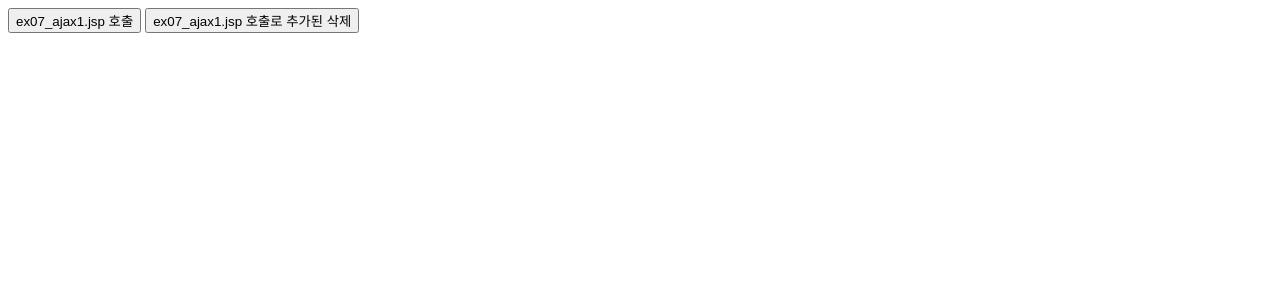
Repository: dongcmd/dong_jsp
Page: ajaxStudy/src/main/webapp/ex07_jQuery.html
The author's editor kept a copy of each file at every save. The page is drawn from the files as they stood at one save, then again after a run of saves.
The browser window is 1280 px wide. The pictures show the whole page.

Above is the page before, as saved 2025-04-21 06:32:37.
Console error: SyntaxError: missing ) after argument list

After the next 2 saves:
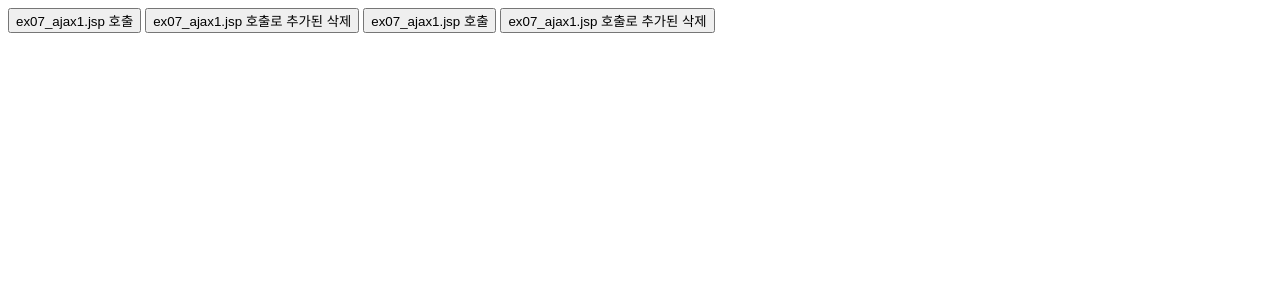
The error is gone.
The 2 saves are shown as one change because they came seconds apart.
The last was saved 45 s later.
--- a/ajaxStudy/src/main/webapp/ex07_jQuery.html
+++ b/ajaxStudy/src/main/webapp/ex07_jQuery.html
@@ -6,11 +6,13 @@
 </head>
 <body>
 <button id="btn1">ex07_ajax1.jsp 호출</button>
-<button id="btn2">ex07_ajax1.jsp 호출로 추가된 삭제</button>
+<button id="btn1rm">ex07_ajax1.jsp 호출로 추가된 삭제</button>
+<button id="btn2">ex07_ajax1.jsp 호출</button>
+<button id="btn2rm">ex07_ajax1.jsp 호출로 추가된 삭제</button>
 <script src="https://ajax.googleapis.com/ajax/libs/jquery/3.7.1/jquery.min.js"></script>
 <script>
 	$(function() {
-		$("#btn2").click(funtion() {
+		$("#btn1rm").click(function() {
 			$("h1:last").remove()
 		})
 		$("#btn1").click(function() {
